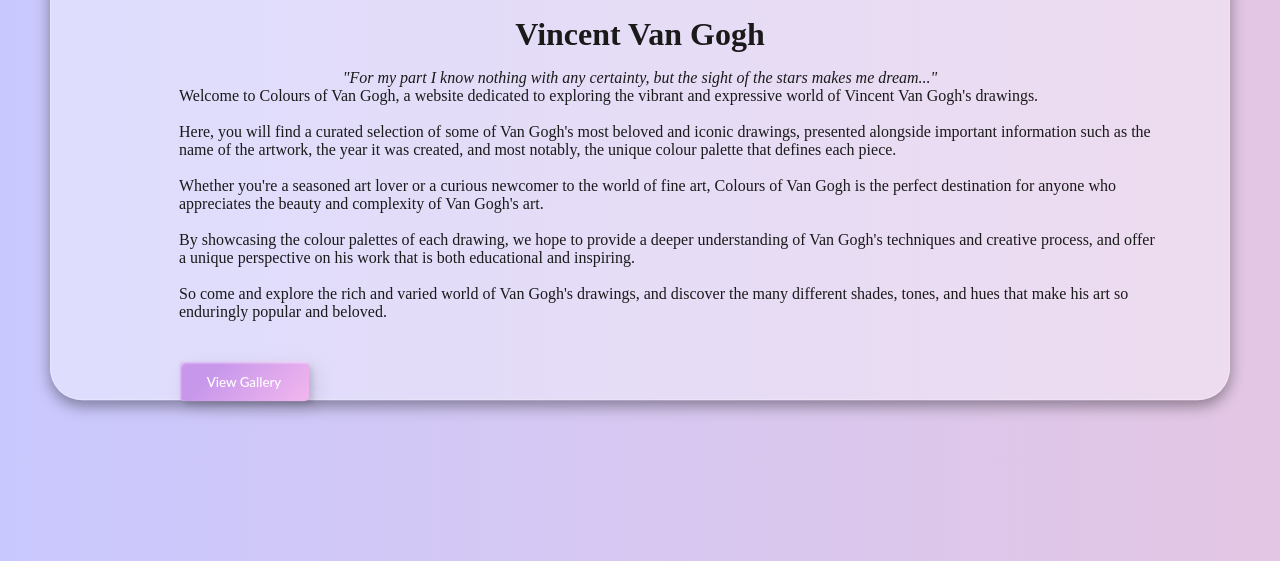
Repository: KayceeNguyen/DAI_Assignment02_ColoursOfVanGogh
Page: /
These files come from the project's save history. The page is drawn as it stood at one moment and after the next save; the edit follows.
The browser window is 1280 px wide. The pictures show the part of the page from y = 559 to 1120 px (the page is 1120 px tall).
Some web fonts or font styles are not loaded; a fallback is used. The project was rebuilt for these pictures with package versions that can differ from the ones it lists, and the page was loaded fresh each time. The framework's server and built-in components were replaced by stand-ins that run in the browser. Also part of the build but not shown: next.config.js, comp/sortingBtn.js.

Above is the page before, as saved 2023-02-20 22:30:44.

After the next save:
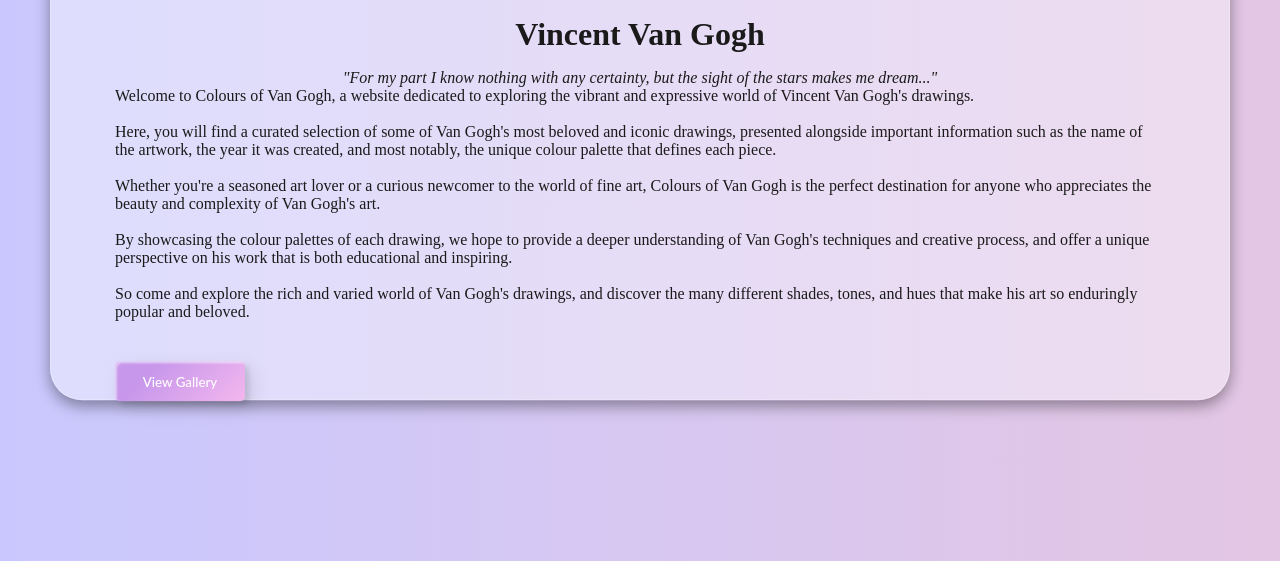
Saved 87 s later.
--- a/styles/Home.module.css
+++ b/styles/Home.module.css
@@ -922,7 +922,12 @@
     justify-content: center;
     align-items: center;
   }
-}
+
+  .contentCont {
+    padding-left: 0;
+  }
+}
+
 
 
 .main {
